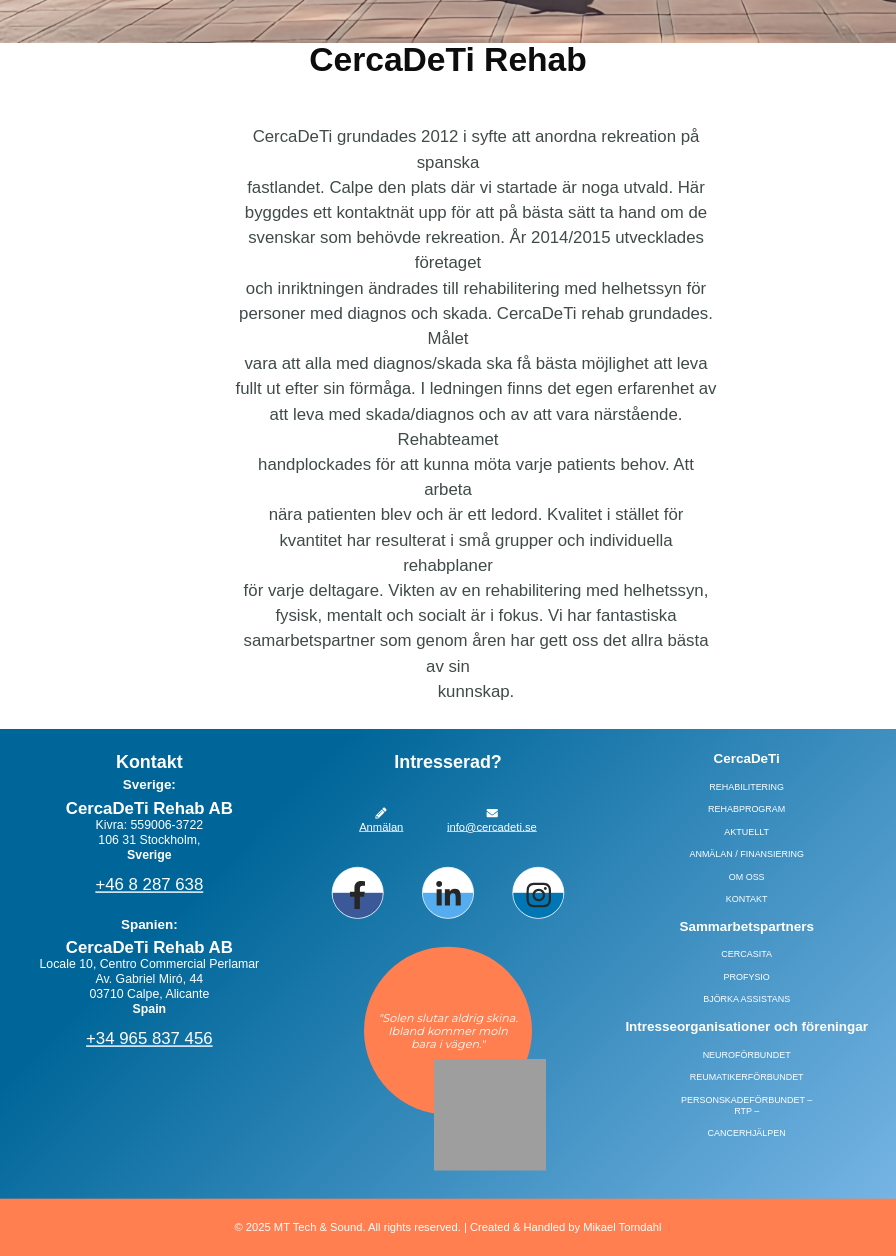
Repository: micketorndahl/CercaDeTi-rehab
Page: om-oss.html
These files come from the project's save history. The page is drawn as it stood at one moment and after the next save; the edit follows.
The browser window is 1280 px wide. The pictures show the part of the page from y = 759 to 2679 px (the page is 2553 px tall before and 2679 px after), at 70% of full size.
Pictures or frames that could not be fetched are drawn as grey boxes. The page's requests for data from a server got no answer. Backgrounds fixed to the window are drawn as part of the page. Some web fonts or font styles are not loaded; a fallback is used. Some web libraries are served in a nearby version.

Above is the page before, as saved 2025-02-01 22:51:13.
Console error: TypeError: Cannot read properties of null (reading 'addEventListener')

### om-oss.html
<!DOCTYPE html>
<html lang="en">
  <head>
    <meta charset="UTF-8" />
    <meta name="viewport" content="width=device-width, initial-scale=1.0" />

    <link
      rel="stylesheet"
      href="https://use.fontawesome.com/releases/v5.6.3/css/all.css"
      integrity="sha384-UHRtZLI+pbxtHCWp1t77Bi1L4ZtiqrqD80Kn4Z8NTSRyMA2Fd33n5dQ8lWUE00s/"
      crossorigin="anonymous"
    />

    <script src="https://cdnjs.cloudflare.com/ajax/libs/font-awesome/5.15.4/js/all.min.js"></script>

    <link rel="stylesheet" href="style.css" />
    <link rel="stylesheet" href="tailwind.css" />
    <title>CercaDeTi Rehab</title>
  </head>
  <body>
    <div class="site-container">
      <header class="header">
        <div class="logo-wrapper">
          <div class="logo">
            <div class="logo-and-text">
              <a href="index.html">
                <img src="/images/cropped-CDTR.gif" alt="Logo" />
                <h1 class="cercadeti">CercaDeTi Rehab</h1>
              </a>
            </div>
          </div>
        </div>

        <nav class="main-nav">
          <div class="nav-container">
            <ul>
              <li>
                <a href="rehabilitering.html">Rehabilitering</a>
              </li>
              <li><a href="rehabprogram.html">Rehabprogram</a></li>
              <li><a href="aktuellt.html">Aktuellt</a></li>
              <li><a href="anmalan-finans.html">Anmälan / Finansiering</a></li>
              <li><a href="om-oss.html" class="active">Om oss</a></li>
              <li><a href="kontakt.html">Kontakt</a></li>
            </ul>
          </div>
        </nav>

        <div class="social-container">
          <div class="social">
            <ul>
              <li>
                <a href="https://www.facebook.com/CercadetiRehab/"
                  ><i class="fab fa-facebook-f icon"></i
                ></a>
              </li>
              <li>
                <a href="https://www.linkedin.com/company/cercadeti-rehab-ab"
                  ><i class="fab fa-linkedin-in icon"></i
                ></a>
              </li>
              <li>
                <a href="https://www.instagram.com/cercadetirehab/"
                  ><i class="fab fa-instagram icon"></i
                ></a>
              </li>
            </ul>
          </div>
        </div>
      </header>

      <div class="banner" id="banner-om-oss">
        <div class="banner-content">
          <h2 class="slogan">Om oss</h2>
          <div class="ctas-container">
            <a href="#company" class="button-CTA">Företag</a>
            <a href="#personal" class="button-CTA">Personal</a>
          </div>
        </div>
      </div>

      <div class="content">
        <aside class="sidebar-left"></aside>
        <section class="main">
          <h2>CercaDeTi Rehab</h2>
          <p>
            CercaDeTi grundades 2012 i syfte att anordna rekreation på spanska
            fastlandet. Calpe den plats där vi startade är noga utvald. Här
            byggdes ett kontaktnät upp för att på bästa sätt ta hand om de
            svenskar som behövde rekreation. År 2014/2015 utvecklades företaget
            och inriktningen ändrades till rehabilitering med helhetssyn för
            personer med diagnos och skada. CercaDeTi rehab grundades. Målet
            vara att alla med diagnos/skada ska få bästa möjlighet att leva
            fullt ut efter sin förmåga. I ledningen finns det egen erfarenhet av
            att leva med skada/diagnos och av att vara närstående. Rehabteamet
            handplockades för att kunna möta varje patients behov. Att arbeta
            nära patienten blev och är ett ledord. Kvalitet i stället för
            kvantitet har resulterat i små grupper och individuella rehabplaner
            för varje deltagare. Vikten av en rehabilitering med helhetssyn,
            fysisk, mentalt och socialt är i fokus. Vi har fantastiska
            samarbetspartner som genom åren har gett oss det allra bästa av sin
            kunnskap.
          </p>
        </section>
        <aside class="sidebar-right">
          <h3></h3>
          <p></p>
        </aside>
      </div>

      <!-- FOOTER START -->
      <footer class="footer-container">
        <div class="footer-top">
          <div class="footarea1 footer-shared">
            <h3>Kontakt</h3>

            <address class="address-shared address-se">
              <h5>Sverige:</h5>
              <strong
                ><span class="address-company-name"
                  >CercaDeTi Rehab AB</span
                ></strong
              ><br />
              <span class="address-location">Kivra: 559006-3722</span><br />
              <span class="address-city">106 31 Stockholm,</span><br />
              <span class="address-country"
                ><strong>Sverige</strong><br
              /></span>
              <br />
              <span class="telephone"
                ><a href="tel:+468287638">+46 8 287 638</a></span
              >
            </address>

            <div class="address-shared address-es">
              <address>
                <h5>Spanien:</h5>
                <strong
                  ><span class="address-company-name"
                    >CercaDeTi Rehab AB</span
                  > </strong
                ><br />
                <span class="address-location"
                  >Locale 10, Centro Commercial Perlamar</span
                ><br />
                <span class="address-street">Av. Gabriel Miró, 44</span><br />
                <span class="address-city">03710 Calpe, Alicante<br /></span>
                <span class="address-country"
                  ><strong>Spain</strong><br
                /></span>
                <br />
                <span class="telephone"
                  ><a href="tel:+34965837456">+34 965 837 456</a></span
                >
              </address>
            </div>
          </div>
          <div class="footarea2 footer-shared">
            <h3>Intresserad?</h3>
            <div class="footarea2-links">
              <a href="anmalan-form.html"
                ><i class="fas fa-pencil-alt"></i> Anmälan</a
              >
              <a href="mailto:info@cercadeti.se"
                ><i class="fas fa-envelope"></i> info@cercadeti.se</a
              >
            </div>
            <div class="social-footer">
              <ul>
                <li>
                  <a href="https://www.facebook.com/CercadetiRehab/">
                    <i class="fab fa-facebook-f icon"></i>
                  </a>
                </li>

                <li>
                  <a href="https://www.linkedin.com/company/cercadeti-rehab-ab"
                    ><i class="fab fa-linkedin-in icon"></i
                  ></a>
                </li>
                <li>
                  <a href="https://www.instagram.com/cercadetirehab/"
                    ><i class="fab fa-instagram icon"></i
                  ></a>
                </li>
              </ul>
            </div>
            <div class="image-container-footer">
              <div class="image-wrapper">
                <p class="footer-quote">
                  "Solen slutar aldrig skina. Ibland kommer moln bara i vägen."
                </p>
                <img src="images/weelchair.icon.png" alt="wheelchair-icon" />
              </div>
            </div>
          </div>
          <div class="footarea3 footer-shared">
            <nav class="footer-nav">
              <div class="link-column1">
                <h4>CercaDeTi</h4>
                <ul>
                  <li><a href="rehabilitering.html">Rehabilitering</a></li>
                  <li><a href="rehabprogram.html">Rehabprogram</a></li>
                  <li><a href="aktuellt.html">Aktuellt</a></li>
                  <li>
                    <a href="anmalan-finans.html">Anmälan / Finansiering</a>
                  </li>
                  <li><a href="om-oss.html">Om oss</a></li>
                  <li><a href="kontakt.html">Kontakt</a></li>
                </ul>
              </div>

              <div class="link-column2">
                <h4>Sammarbetspartners</h4>
                <ul>
                  <li><a href="https://cercasita.com/">Cercasita</a></li>
                  <li><a href="https://profysio.es/">ProFysio</a></li>
                  <li>
                    <a href="https://www.bjorka-assistans.se/"
                      >Björka Assistans</a
                    >
                  </li>
                </ul>
              </div>

              <div class="link-column3">
                <h4>Intresseorganisationer och föreningar</h4>
                <ul>
                  <li><a href="https://neuro.se/">Neuroförbundet</a></li>
                  <li>
                    <a href="https://reumatiker.se/">Reumatikerförbundet</a>
                  </li>
                  <li>
                    <a href="https://rtp.se/">Personskadeförbundet – RTP – </a>
                  </li>
                  <li>
                    <a href="http://www.cancerhjalpen.se/">Cancerhjälpen</a>
                  </li>
                </ul>
              </div>
            </nav>
          </div>
        </div>
        <div class="footer-bottom">
          <div class="copyright">
            &copy; 2025 MT Tech &amp; Sound. All rights reserved. | Created
            &amp; Handled by Mikael Torndahl
          </div>
          <div class="additional-info"></div>
        </div>
      </footer>
      <!-- FOOTER END -->
    </div>
    <!-- SCRIPT SRCS -->
    <script src="js/script.js"></script>
    <script src="js/weather-api.js"></script>
  </body>
</html>

### style.css
@import url("css/reset.css");
@import url("css/standard.css");
@import url("css/variables.css");
@import url("css/typography.css");
@import url("css/layout.css");
@import url("css/navigation.css");
@import url("css/post.css");
@import url("css/footer.css");
@import url("css/searchbox.css");
@import url("css/page-templates.css");
@import url("css/mq-tablet.css");
@import url("css/mq-phone.css");
@import url("css/effects.css");

### css/standard.css
/*
/* STANDARD
*/

html {
  scroll-behavior: smooth;
}

a {
  text-decoration: none;
}

[class*="fa"]:not([class*="fab"]) {
  display: block;
  margin: 0 auto;
  padding: 0.2rem;
}

### css/variables.css
/*
/* VARIABLES */
/*
*/

@import url("https://fonts.googleapis.com/css2?family=Titillium+Web:wght@100;200;300;400;500;600;700;800;900&family=Pontano+Sans&family=Oswald:wght@200;300;400;500;600;700&family=Lato:wght@100;300;400;700;900&family=Roboto:wght@100;300;400;500;700;900&family=Open+Sans:wght@300;400;600;700;800&family=Raleway:wght@100;200;300;400;500;600;700;800;900&family=Montserrat:wght@100;200;300;400;500;600;700;800;900&family=Poppins:wght@100;200;300;400;500;600;700;800;900&family=Nunito:wght@200;300;400;600;700;800;900&family=Lora:wght@400;500;600;700&family=Merriweather:wght@300;400;700;900&family=Playfair+Display:wght@400;500;600;700;800;900&family=Crimson+Text:wght@400;600;700&family=Josefin+Sans:wght@100;200;300;400;500;600;700&family=Cabin:wght@400;500;600;700&family=Alegreya:wght@400;500;600;700;800;900&family=Cormorant:wght@300;400;500;600;700&family=Cinzel:wght@400;500;600;700;800;900&family=Bitter:wght@400;500;600;700&family=Arvo:wght@400;500;600;700&family=Abril+Fatface&family=Caveat:wght@400;500;600;700&family=Dancing+Script:wght@400;500;600;700&family=Great+Vibes&display=swap");
@import url("https://fonts.googleapis.com/css2?family=Alata&display=swap");

:root {
  /* Colors */
  --background-color-dark: #1a1a1a;
  --background-color-white: #fff;
  --background-color-white2: #f8f8ff;
  --background-color-white3: hsl(0, 0%, 98%);
  --background-color-light-blue: hsl(200, 100%, 50%);
  --background-color-light-blue2: hsl(200, 100%, 40%);
  --background-color-blue: linear-gradient(
    135deg,
    var(--color-quaternary) 25%,
    var(--color-tertiary) 100%
  );
  --background-color-blue2: hsl(200, 100%, 30%);
  --background-color-blue3: hsla(200, 62.3%, 47.8%, 0.8);
  --background-color-white: hsla(0, 0%, 100%, 0.7);
  --color-primary: hsl(200, 100%, 40%);
  --color-secondary: #ff7f50;
  --color-tertiary: #7cb9e8;
  --color-quaternary: hsl(200, 100%, 30%);
  --color-five: rgb(232, 73, 10);
  --color-six: hsl(200, 88.1%, 16.5%);
  --text-light: rgb(244, 244, 244);
  --text-gray: #3f4a49;
  --text-dark: #0d0d0d;
  --dimwhite: #eee;
  --dullwhite: hsla(0, 0%, 100%, 0.8);
  --white: #fff;
  --ghost-white: #f8f8ff;
  --black: #000;
  --dark: #222;
  --darkgray: #a9a9a9;
  --darkgray2: #333333;
  --charcoal: #4a4a4a;
  --gray-paragraph: hsla(174.55, 8.03%, 26.86%, 1);
  --hovercolor: rgba(0, 0, 0, 0.06);

  /* Fonts */

  --font-primary: "Titillium Web", sans-serif;
  --font-secondary: "Pontano Sans", sans-serif;
  --font-tertiary: "Oswald", sans-serif;
  --font-quaternary: "Lato", sans-serif;
  --font-five: "Roboto", sans-serif;
  --font-six: "Open Sans", sans-serif;
  --font-seven: "Raleway", sans-serif;
  --font-eight: "Montserrat", sans-serif;
  --font-nine: "Poppins", sans-serif;
  --font-ten: "Nunito", sans-serif;
  --font-eleven: "Lora", serif;
  --font-twelve: "Merriweather", serif;
  --font-thirteen: "Playfair Display", serif;
  --font-fourteen: "Crimson Text", serif;
  --font-fifteen: "Josefin Sans", sans-serif;
  --font-sixteen: "Cabin", sans-serif;
  --font-seventeen: "Alegreya", serif;
  --font-eighteen: "Cormorant", serif;
  --font-nineteen: "Cinzel", serif;
  --font-twenty: "Bitter", serif;
  --font-twentyone: "Arvo", serif;
  --font-twentytwo: "Abril Fatface", cursive;
  --font-twentythree: "Caveat", cursive;
  --font-twentyfour: "Dancing Script", cursive;
  --font-twentyfive: "Great Vibes", cursive;
  --font-twentysix: "Alata", sans-serif;
}

### css/typography.css
/*
/* HEADLINES
*/

body {
  background-color: var(--white);
  color: var(--gray-paragraph);
  font-style: normal;
}

.content p,
.container-index p {
  font-size: 1.5rem;
  font-weight: 300;
  white-space: pre-wrap;
  text-align: center;
  margin: 0.5rem;
  word-wrap: break-word;
  line-height: 1.5;
}

body,
.content p,
container-index p,
.address-company-name,
address span,
h1,
h2,
h3,
h4,
h5,
h6 {
  font-family: var(--font-secondary), sans-serif;
  margin: 0;
  padding: 0;
}

h1,
h2,
h3,
h4,
h5,
h6 {
  font-weight: bold;
}

h1 {
  font-size: 2rem;
}
h2 {
  font-size: calc(5rem + 1vw);
}

h3 {
  font-size: 1.6rem;
  color: var(--white);
  margin-bottom: 0.5rem;
}
h4 {
  font-size: 1.2rem;
  color: var(--white);
  margin-bottom: 0.5rem;
}
h5 {
  font-size: 1.2rem;
  font-style: normal;
  padding: 0;
}
h6 {
  font-size: 1rem;
}

.banner-content h2 {
  font-family: var(--font-ten), sans-serif;
  font-size: 6rem;
  font-style: bold;
  line-height: 1.2;
  margin-top: 0.5rem;
  color: var(--white);
}

.address-company-name {
  font-size: 1.5rem;
  font-weight: bold;
  font-style: normal;
}

address span {
  font-style: normal;
  font-size: 1.1rem;
  font-weight: 400;
  margin: 0;
  padding: 0;
}

.info-text {
  color: var(--darkgray);
}

### css/navigation.css
/* NAV */

.main-nav {
  display: flex;
  justify-content: center;
  align-items: center;
  padding: 0;
  flex-grow: 0;
  flex-shrink: 0;
}

nav.main-nav ul {
  display: flex;
  margin: 0;
  padding: 0;
}

nav.main-nav ul li {
  list-style: none;
  margin: 0 1rem;
}

.main-nav a {
  position: relative;
  display: inline-block;
  padding: 0.5rem;
  text-decoration: none;
  transition: color 0.2s ease-in-out;
}

nav.main-nav ul li a {
  font-family: var(--font-secondary), sans-serif;
  font-size: 18px;
  font-weight: 400;
  line-height: 1rem;
  /* Slightly darker default color */
  color: var(--dullwhite);
  text-decoration: none;
  transition: all 0.4s ease-in-out;
}

nav.main-nav ul li a:hover {
  color: var(--white); /* Brighter on hover */
}

nav.main-nav ul li a.active {
  color: var(--white); /* Brightest when active */
}

nav.main-nav ul li a.active::after {
  content: "";
  position: absolute;
  left: 0;
  bottom: -4px;
  width: 100%;
  height: 1px; /* Adjusted height here */
  background-color: var(--white);
  border-radius: 2px;
  transition: transform 0.3s ease, background-color 0.3s ease;
}

/* Hover underline that grows from the left */
nav.main-nav ul li a::after {
  content: "";
  position: absolute;
  left: 0;
  bottom: -4px;
  width: 0;
  height: 1px;
  background-color: var(--white);
  border-radius: 2px;
  transition: width 0.6s ease, background-color 0.6s ease;
  opacity: 0;
}

nav.main-nav ul li a:hover::after {
  width: 100%;
  opacity: 1;
  height: 1px;
}

/* Active link styles */
nav.main-nav ul li a.active::after {
  width: 100%;
  height: 2px; /* Adjusted height here */
  opacity: 1;
}

.social-container {
  display: flex;
  justify-content: center;
  align-items: center;
  flex-grow: 1;
  flex-shrink: 1;
}

.social ul {
  display: flex;
  justify-content: space-evenly;
  margin: 0;
}

.social li {
  margin: 0.5rem;
}

.ctas-container {
  display: flex; /* Aligns buttons side by side */
  justify-content: center;
  align-items: center;
}

### css/post.css
/*
/* POST */
/*

### css/footer.css
/* FOOTER */

footer.footer-container {
  display: flex;
  flex-direction: column; /* Stack footer sections vertically */
  justify-content: space-around; /* Space sections evenly */
  margin-top: auto;
  background: var(--background-color-blue);
  box-shadow: 0 1px 3px rgba(0, 0, 0, 0.1), 0 1px 2px rgba(0, 0, 0, 0.06);
}

.footer-top {
  /* New wrapper for the top sections */
  display: flex;
  justify-content: space-around;
}

footer .footarea1,
footer .footarea2,
footer .footarea3 {
  flex: 1;
}

footer .footarea1 {
  text-align: center;
}

.footarea1 a,
.footarea2 a {
  display: inline-block;
  color: var(--white);
  text-decoration: underline;
  transition: all 0.4s ease-in-out;
}

.footarea1 a:hover {
  transform: scale(1.2);
}

footer .footarea2 {
  display: flex;
  flex-direction: column;
  text-align: center;
}

footer .footarea2 img {
  width: 10rem;
  height: 10rem;
  text-align: center;
  padding: 5rem;
  margin: 0 auto;
}

.footarea2-links {
  display: flex;
  flex-direction: row;
  justify-content: space-evenly;
  align-items: center;
  margin: 0;
  padding: 2rem;
}

.footarea2-links a {
  color: var(--white);
  text-decoration: underline;
  padding: 0.5rem;
}

.footarea2-links a:hover {
  padding: 0.5rem;
  transform: scale(1.1);
}

footer .footarea3 {
  text-align: center;
}

footer .footarea3 h3 {
  margin: 0 auto;
  text-align: center;
}

footer .footarea3 a {
  color: var(--white);
}

.footarea3 ul {
  margin: 0.8rem 0;
  padding: 0;
}

.footarea3 ul li {
  margin: 0.8rem 0;
}

.footer-nav ul li a {
  font-family: var(--font-twentysix), sans-serif;
  font-style: normal;
  font-weight: 400;
  line-height: 1rem;
  color: var(--white);
  text-decoration: none;
  text-transform: initial;
  transition: color 0.3s ease;
}

.social-footer ul {
  display: flex;
  flex-direction: row;
  justify-content: space-evenly;
  align-items: center;
  margin: 0;
  padding: 0;
}

.social-footer li {
  margin: 0.5rem;
}

.address-shared {
  font-size: 1rem;
  padding: 0;
  margin-bottom: 2rem;
  color: var(--white);
}

.address-shared h5 {
  margin: 0.5rem;
  padding: 0;
}

address a {
  text-decoration: none;
  color: var(--white);
}

.address-city {
  margin-bottom: 15px;
}

.telephone {
  font-size: 1.5rem;
}

.footer-shared {
  padding-top: 2rem;
}

.image-container-footer {
  width: 15rem;
  height: 15rem;
  background-color: var(--color-secondary);
  padding: 0;
  margin: 2rem auto;
  border-radius: 50%;
  display: flex;
  justify-content: center;
  align-items: center;
  position: relative;
  margin-bottom: 2rem; /* Add some space between circle and bottom */
}

.image-container-footer img {
  position: absolute;
  bottom: -160px;
  right: -100px;
  padding: 0; /* Reset padding */
  margin: 0; /* Reset margin */
}

.footer-quote {
  font-family: var(--font-eight), sans-serif;
  font-size: 1rem;
  font-style: italic;
  color: var(--white);
  padding: 0.5rem;
  margin: 0.5rem;
}

.footer-bottom {
  background-color: var(--color-secondary); /* Or match footer background */
  color: var(--white);
  padding: 2rem 0; /* Add some padding top and bottom */
  margin-top: 4rem;
  text-align: center; /* Center the text */
  display: flex;
  flex-direction: column; /* Stack copyright and info */
  align-items: center; /* Center horizontally */
}

### css/searchbox.css
/*
/* SEARCHBOX */
/*

### css/mq-tablet.css
/*
/* MQ-TABLET */
/*

### css/mq-phone.css
/*
/* MQ-PHONE*/
/*

Loaded but not shown: tailwind.css (library); js/script.js (117 lines, source omitted); js/weather-api.js (90 lines, source omitted); css/page-templates.css (379 lines, source omitted); css/layout.css (358 lines, source omitted); css/reset.css (364 lines, source omitted); css/effects.css (235 lines, source omitted)

After the next save:
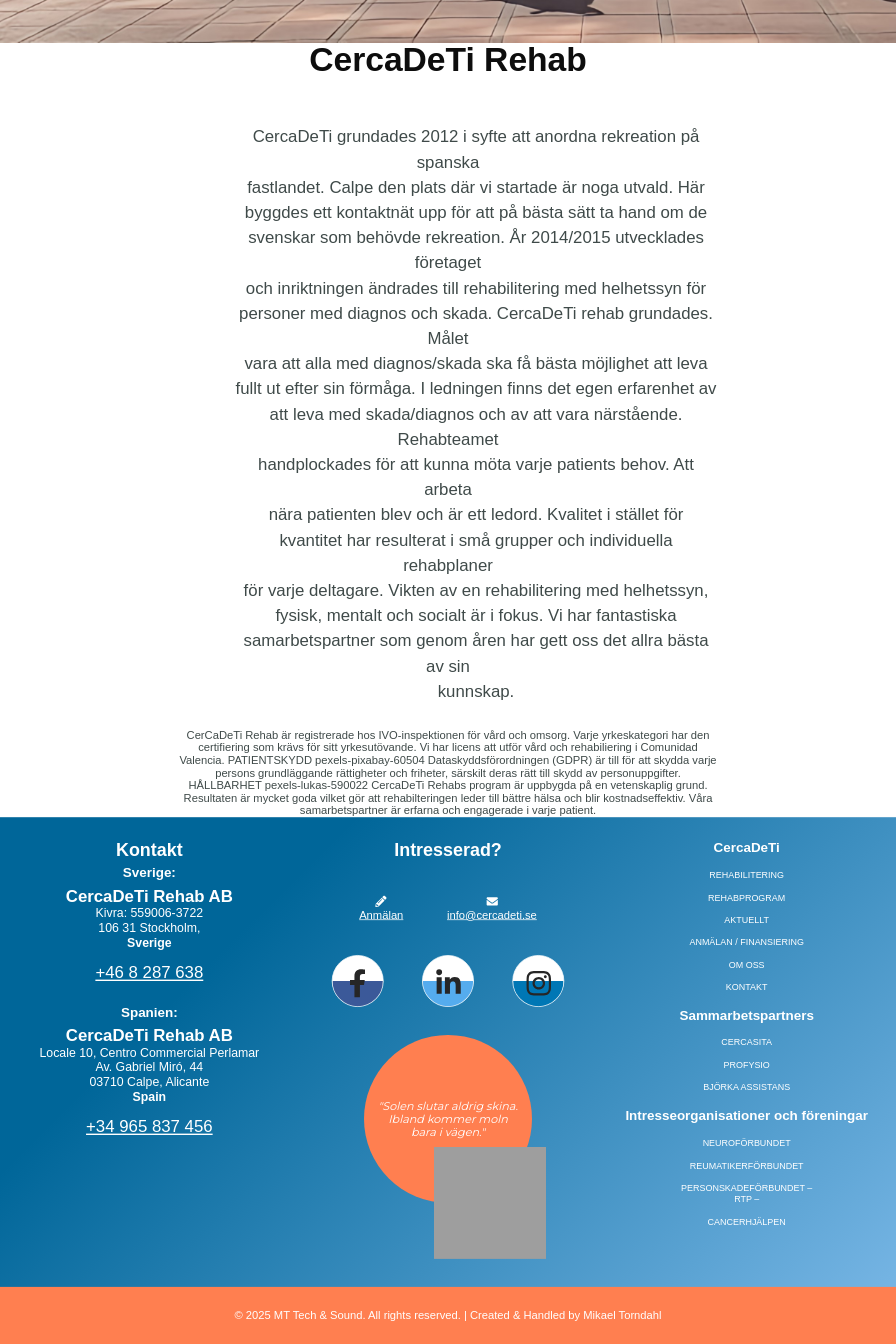
Saved 40 s later.
--- a/om-oss.html
+++ b/om-oss.html
@@ -101,6 +101,17 @@
             samarbetspartner som genom åren har gett oss det allra bästa av sin
             kunnskap.
           </p>
+          CerCaDeTi Rehab är registrerade hos IVO-inspektionen för vård och
+          omsorg. Varje yrkeskategori har den certifiering som krävs för sitt
+          yrkesutövande. Vi har licens att utför vård och rehabiliering i
+          Comunidad Valencia. PATIENTSKYDD pexels-pixabay-60504
+          Dataskyddsförordningen (GDPR) är till för att skydda varje persons
+          grundläggande rättigheter och friheter, särskilt deras rätt till skydd
+          av personuppgifter. HÅLLBARHET pexels-lukas-590022 CercaDeTi Rehabs
+          program är uppbygda på en vetenskaplig grund. Resultaten är mycket
+          goda vilket gör att rehabilteringen leder till bättre hälsa och blir
+          kostnadseffektiv. Våra samarbetspartner är erfarna och engagerade i
+          varje patient.
         </section>
         <aside class="sidebar-right">
           <h3></h3>
